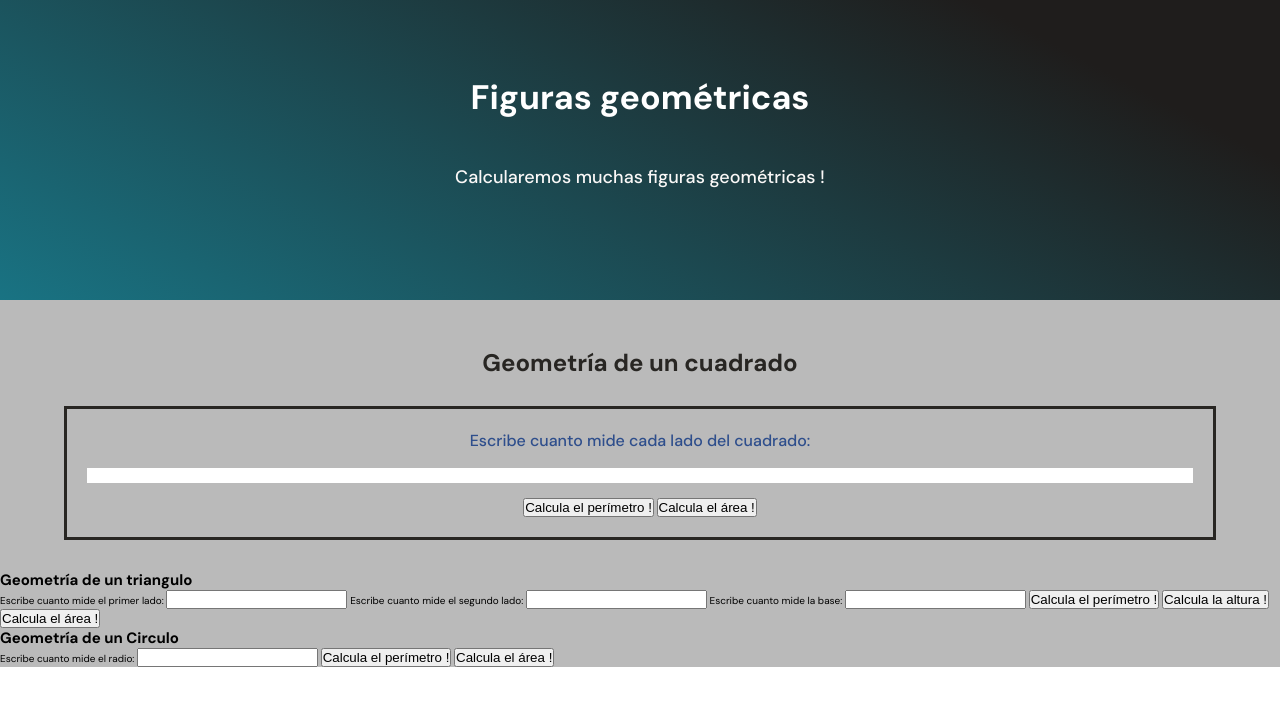
Repository: ChristianGecchelin/javascript-project
Page: javascript-project/figuras-geometricas/figuras.html
These files come from the project's save history. The page is drawn as it stood at one moment and after the next save; the edit follows.
The browser window is 1280 px wide. The pictures show the whole page.

Above is the page before, as saved 2021-12-01 23:33:40.

After the next save:
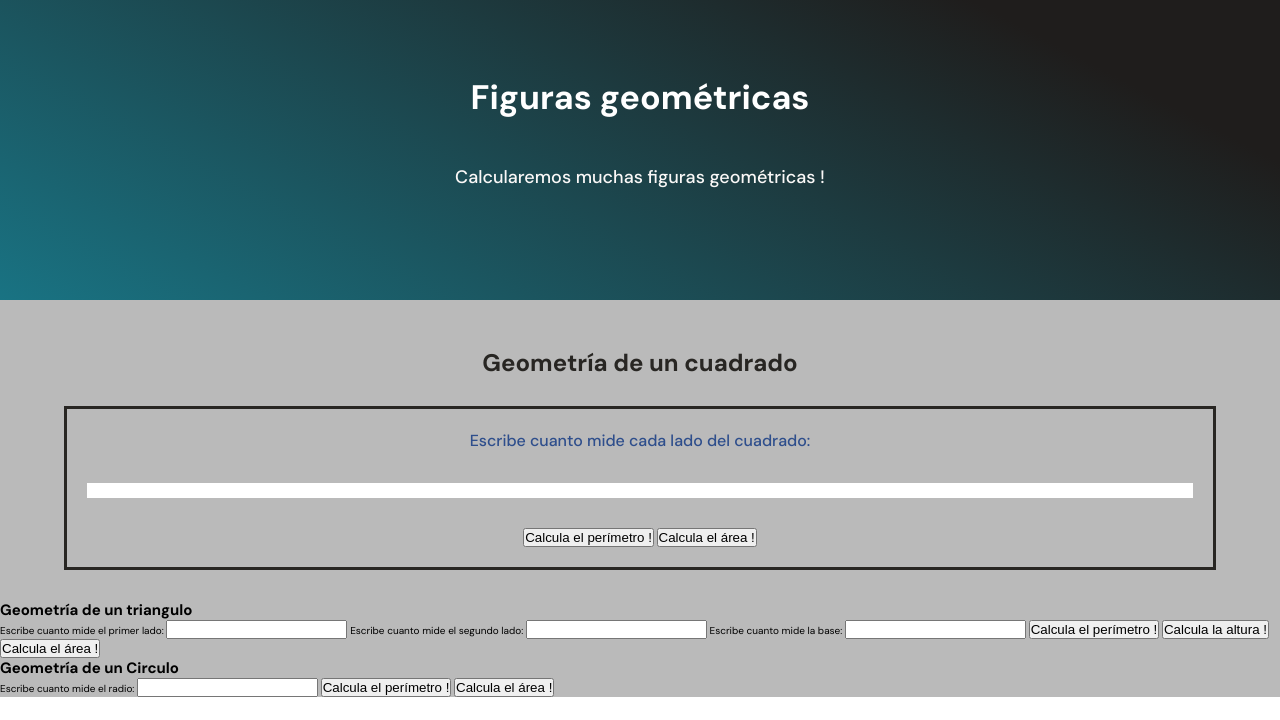
Saved 12 s later.
--- a/javascript-project/figuras-geometricas/style.css
+++ b/javascript-project/figuras-geometricas/style.css
@@ -91,6 +91,6 @@ main {
 .main-calculadora-form-contenedor .form--input {
   display: block;
   width: 100%;
-  margin: 15px 0;
+  margin: 30px 0;
   border: none;
 }
